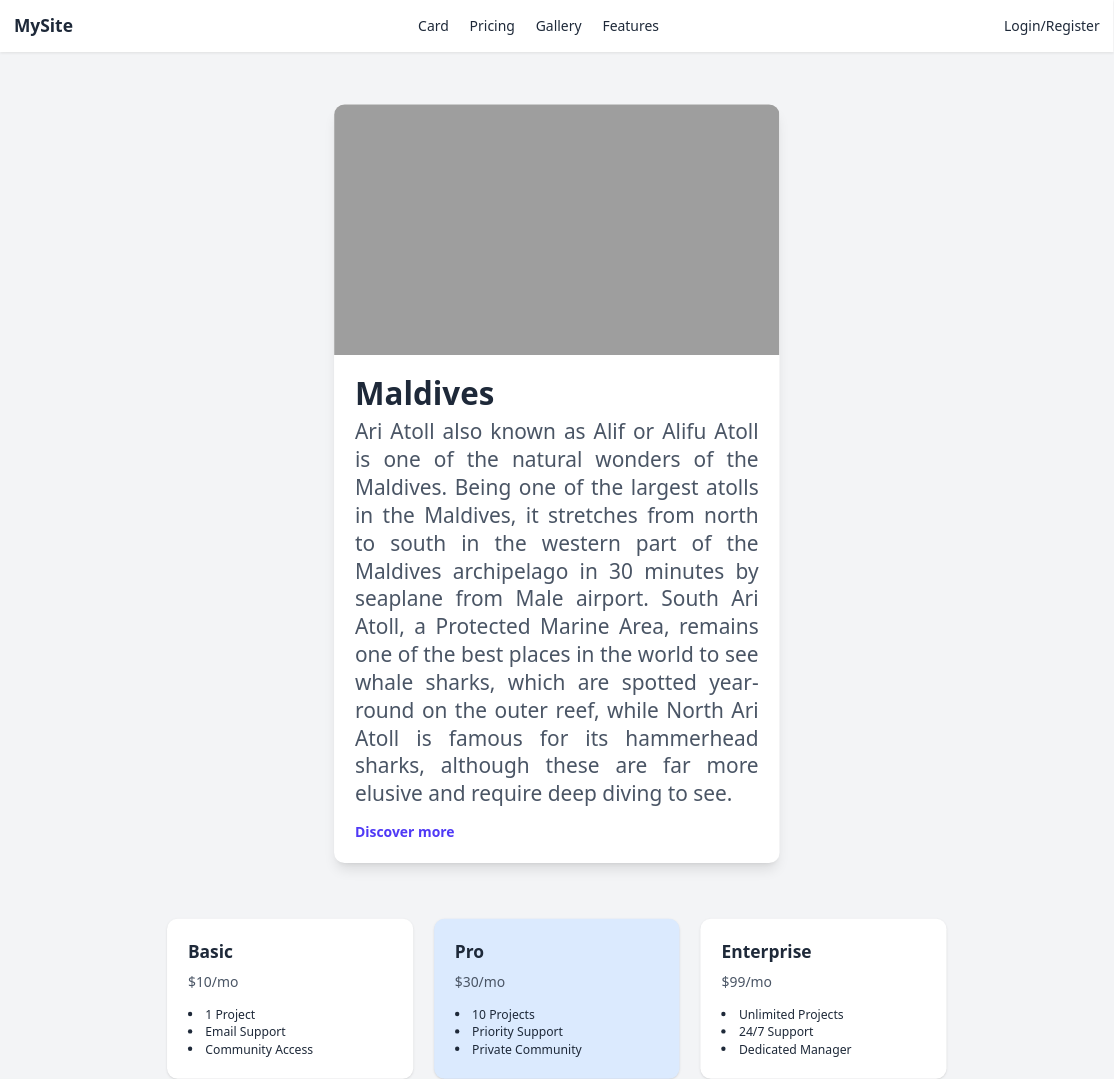
Repository: DinTri/TailwindInASimpleWebApp
Page: src/index.html
These files come from the project's save history. The page is drawn as it stood at one moment and after the next save; the edit follows.
The browser window is 1280 px wide. The pictures show the whole page, at 87% of full size.
Pictures or frames that could not be fetched are drawn as grey boxes.

Above is the page before, as saved 2025-06-22 23:19:59.
Console error: TypeError: Cannot read properties of null (reading 'addEventListener')

After the next save:
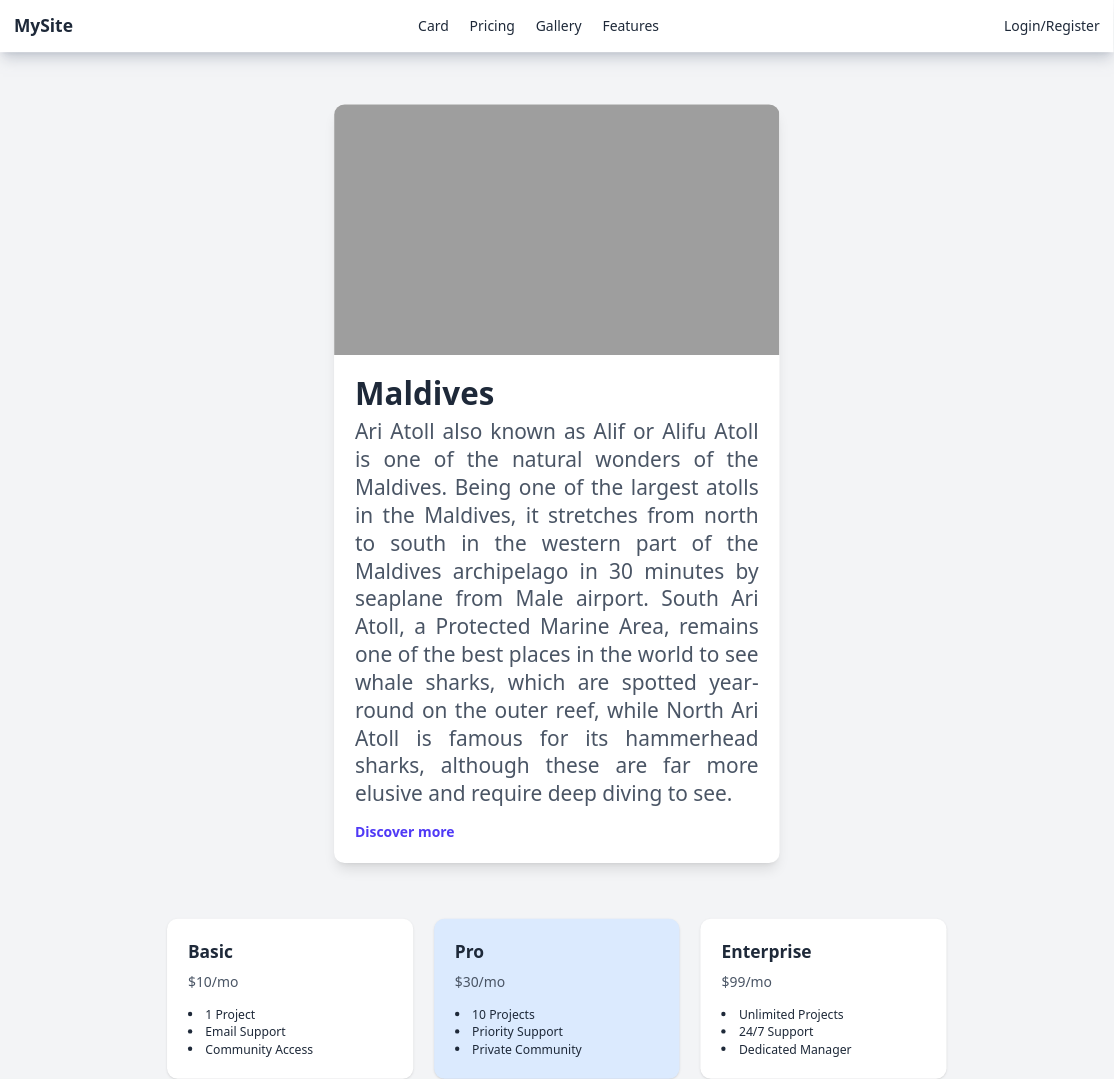
Saved 2 min 44 s later.
--- a/src/index.html
+++ b/src/index.html
@@ -11,7 +11,7 @@
   </head>
   <body class="bg-gray-100 pt-20 text-gray-800">
     <nav
-      class="fixed top-0 left-0 z-50 w-full bg-white p-4 shadow transition-shadow duration-300"
+      class="fixed top-0 left-0 z-50 w-full bg-white p-4 shadow-lg shadow-gray-400/50 transition-shadow duration-300"
       id="navbar"
     >
       <div class="flex items-center justify-between">
